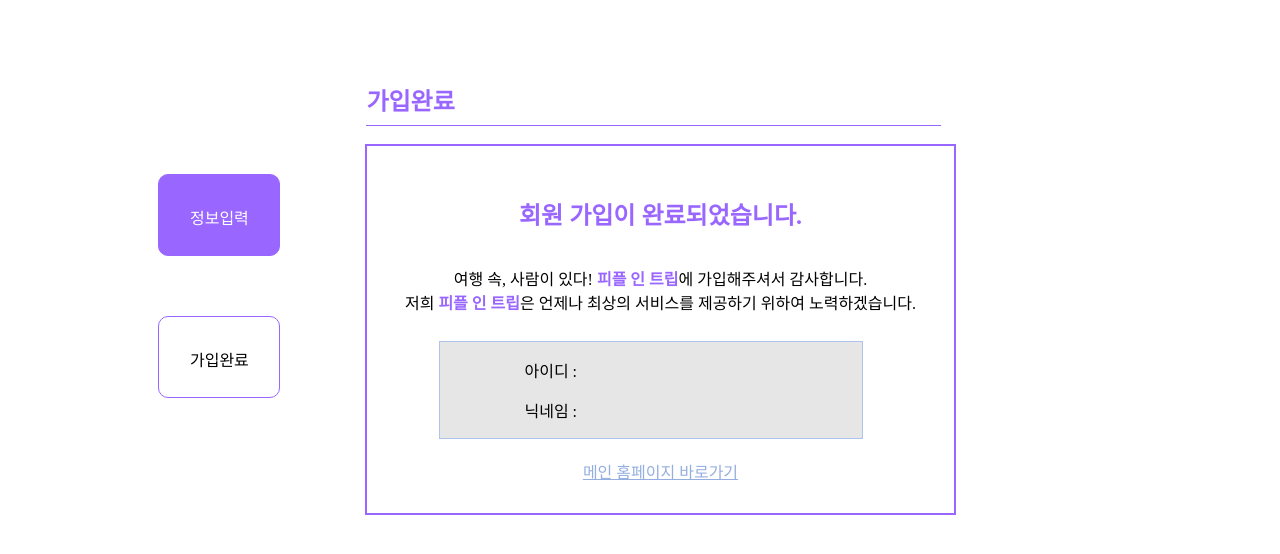
Repository: kimjinmin4535/ezen_loginteam
Page: http://localhost/Ezen_Project/signup/signupcomplete.jsp
These files come from the project's save history. The page is drawn as it stood at one moment and after the next save; the edit follows.
The browser window is 1280 px wide. The pictures show the whole page.
The page is served by Tomcat 9. Other server files are loaded and not shown.

Above is the page before, as saved 2022-07-05 15:58:19.

### Ezen_Project/src/main/webapp/signup/signupcomplete.jsp
<%@ page language="java" contentType="text/html; charset=UTF-8"
    pageEncoding="UTF-8"%>
<!DOCTYPE html>
<html>
<head>
<meta charset="UTF-8">
<title>회원가입 완료</title>
<link rel="stylesheet" href="../resources/css/signup/signup.css" />
</head>
<body>
	<div class="side_content">
		<p id="side_content1">정보입력</p>
		<p id="side_content2">가입완료</p>
	</div>
	<h3>가입완료</h3>
	<div class="signupcomplete_msg">
		<h2>회원 가입이 완료되었습니다.</h2>
		<p>여행 속, 사람이 있다! <strong>피플 인 트립</strong>에 가입해주셔서 감사합니다.<br>
		저희 <strong>피플 인 트립</strong>은 언제나 최상의 서비스를 제공하기 위하여 노력하겠습니다.</p>
		<div class="signupcomplete_information">
			<p>아이디 : </p>
			<p>닉네임 : </p>
		</div>
		<div class="main_home">
			<a href="#">메인 홈페이지 바로가기</a>
		</div>
	</div>
</body>
</html>

### Ezen_Project/src/main/webapp/resources/css/signup/signup.css
@charset "UTF-8";

body {
	display: flex;
	align-items: baseline;
	gap: 32px;
	padding: 48px 0;
}
.signupcomplete_msg {
	flex: 3.5;
	padding: 30px;
	text-align: center;
	border: 2px solid #9966ff;
	margin-right: 25%;
	margin-top: 7%;
}

.side_content {
	flex: 1;
	padding: 24px;
	margin-left: 10%;
}

.side_content:after {
  	content: "";
 	display: block;
  	height: 650%;
  	border-right: 1px solid #9966ff;
  	margin: 10% 0px;
}

@media (max-width: 40rem) {
.side_content {
    display: none;
  }
}

.signupcomplete_information {
	border: 1px solid #afc4ed;
	width:80%;
	background-color: #E6E6E6;
	margin-left: 8%;
	margin-top: 5%;
}
.signupcomplete_information > p {
	text-align: left;
	margin-left: 20%;
}

h3 {
	text-align: center;
	position: absolute;
	margin-left: 28%;
	margin-top: 2%;
	color: #9966ff;
	font-size: 24px;
}

h3:after {
  	content: "";
 	display: block;
  	width: 650%;
  	border-bottom: 1px solid #9966ff;
  	margin: 10% 0px;
}


.signupcomplete_msg > h2 {
	color: #9966ff;
}

.signupcomplete_msg > p > strong {
	color: #9966ff;
}

.signupcomplete_msg > p {
	padding-top: 15px;
}

.main_home > a {
	color: #94aee0;
}

.main_home {
	margin-top: 20px;

}

.side_content > #side_content1 {
	border: 1px solid #9966ff;
	background-color: #9966ff;
	color: white;
	height: 50px;
	width: 120px;
	text-align: center;
	border-radius: 10px;
	padding-top: 30px;
	margin-top: 30px;
}
.side_content > #side_content2 {
	border: 1px solid #9966ff;
	color: black;
	height: 50px;
	width: 120px;
	text-align: center;
	border-radius: 10px;
	padding-top: 30px;
	margin-top: 60px;
}
/* .side_content {
	text-align: left;
	width: 100px;
	position: absolute;
	height:0px;
	padding-left: 330px;
	padding-top: 250px;
	flex: 1;
} */
/*

After the next save:
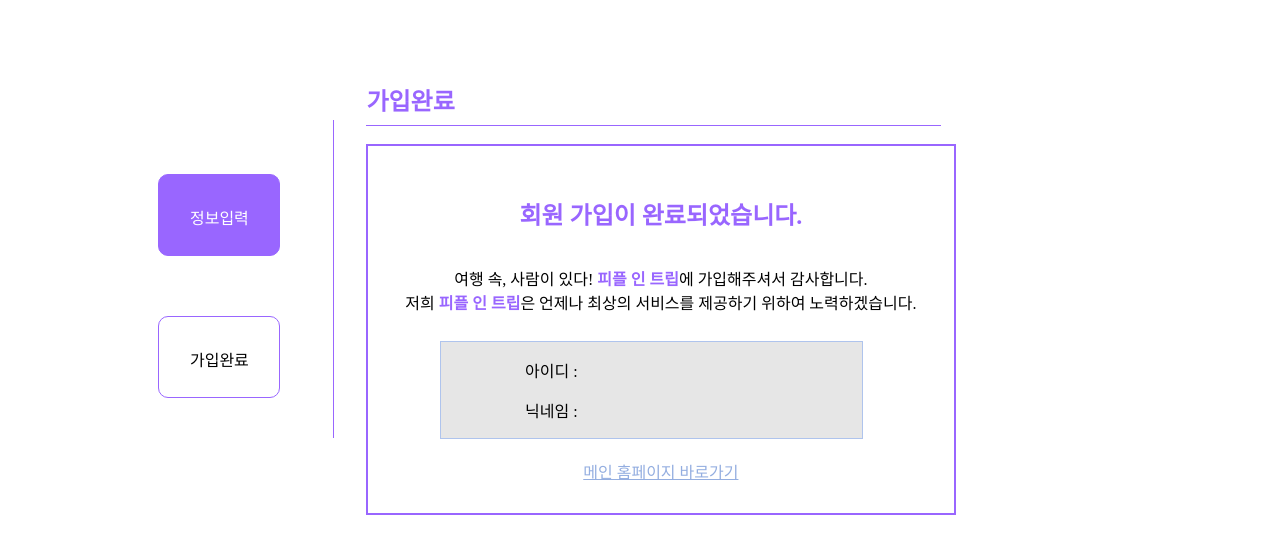
Saved 50 s later.
--- a/Ezen_Project/src/main/webapp/resources/css/signup/signup.css
+++ b/Ezen_Project/src/main/webapp/resources/css/signup/signup.css
@@ -19,6 +19,7 @@
 	flex: 1;
 	padding: 24px;
 	margin-left: 10%;
+	border-right: 1px solid #9966ff;
 }
 
 .side_content:after {
